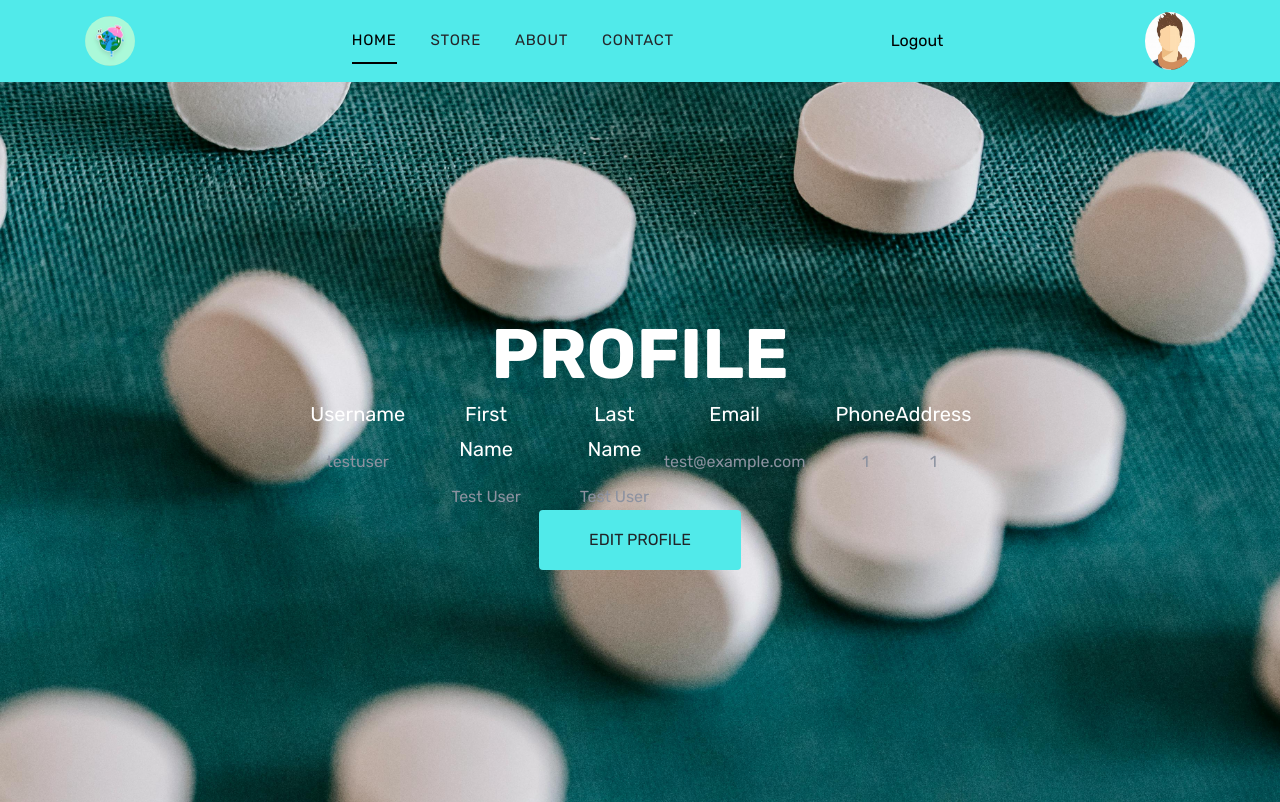
Repository: Argivist/Web-Doctor
Page: http://localhost/view/profile.php
An editor plug-in stored every save of this project. The page is shown before and after the next save, followed by the edit.
The browser window is 1280 px wide. The pictures show the whole page.
Some web fonts or font styles are not loaded; a fallback is used. The page is run by PHP 8.4 with error messages shown; the project is at /var/www/html/. The session is filled in as if someone had signed in: {"id": 1, "username": "testuser", "fname": "Test User", "lname": "Test User", "email": "test@example.com", "phone": 1, "address": 1}.

Above is the page before, as saved 2024-02-20 20:25:25.

After the next save:
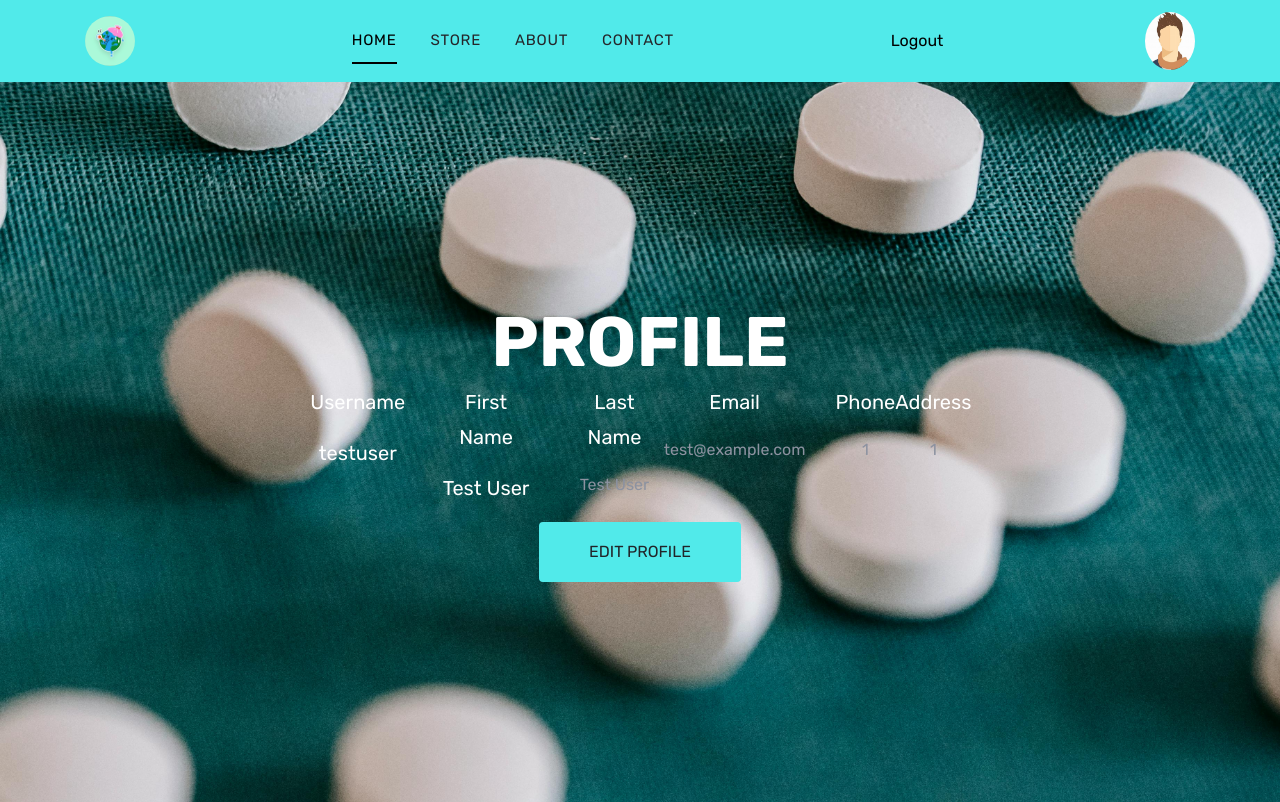
Saved 48 min 0 s later.
--- a/view/profile.php
+++ b/view/profile.php
@@ -88,14 +88,14 @@ session_start();
                             <div class="row justify-content-center">
                                 <div class="row">
                                     <div class="col">
-                                        <p>Username</p><?php
+                                        <p>Username</p><p><?php
                                                         echo $_SESSION['username'];
-                                                        ?>
+                                                        ?></p>
                                     </div>
                                     <div class="col">
-                                        <p>First Name</p><?php
+                                        <p>First Name</p><p><?php
                                                             echo $_SESSION['fname'];
-                                                            ?>
+                                                            ?></p>
                                     </div>
                                     <div class="col">
                                         <p>Last Name</p><?php
